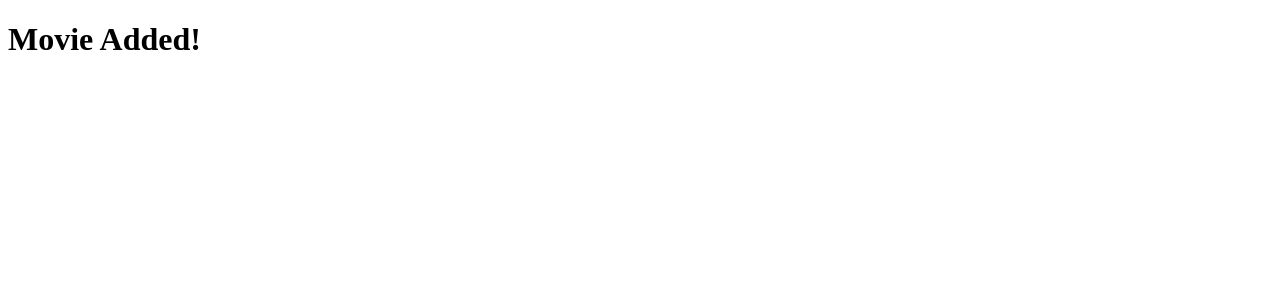
Repository: dannie-su-sjsu/CS157A-team6
Page: http://localhost/ToMovie/welcome.jsp
These files come from the project's save history. The page is drawn as it stood at one moment and after the next save; the edit follows.
The browser window is 1280 px wide. The pictures show the whole page.
The page is served by Tomcat 9. Other server files are loaded and not shown.

Above is the page before, as saved 2023-07-16 00:35:13.

### ToMovie/src/main/webapp/welcome.jsp
<%@ page language="java" contentType="text/html; charset=UTF-8"
    pageEncoding="UTF-8"%>
<!DOCTYPE html>
<html>
<head>
<meta charset="UTF-8">
<title>Insert title here</title>
</head>
<body>
<h1>Movie Added!</h1>
</body>
</html>

After the next save:
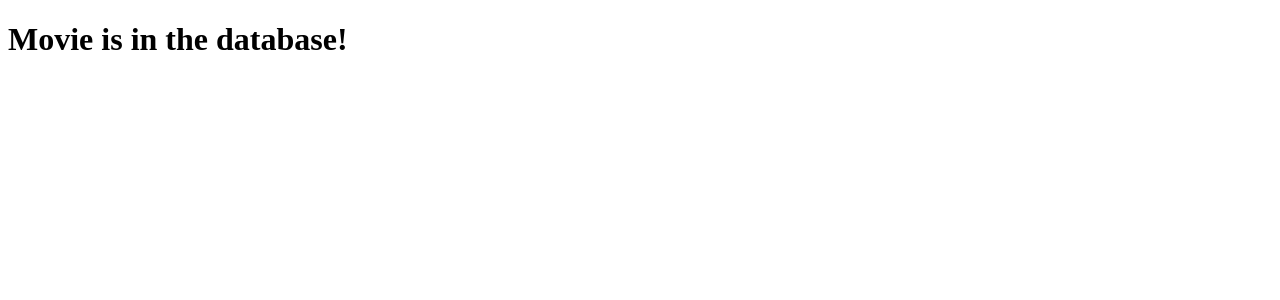
Saved 118 s later.
--- a/ToMovie/src/main/webapp/welcome.jsp
+++ b/ToMovie/src/main/webapp/welcome.jsp
@@ -7,6 +7,6 @@
 <title>Insert title here</title>
 </head>
 <body>
-<h1>Movie Added!</h1>
+<h1>Movie is in the database!</h1>
 </body>
 </html>
